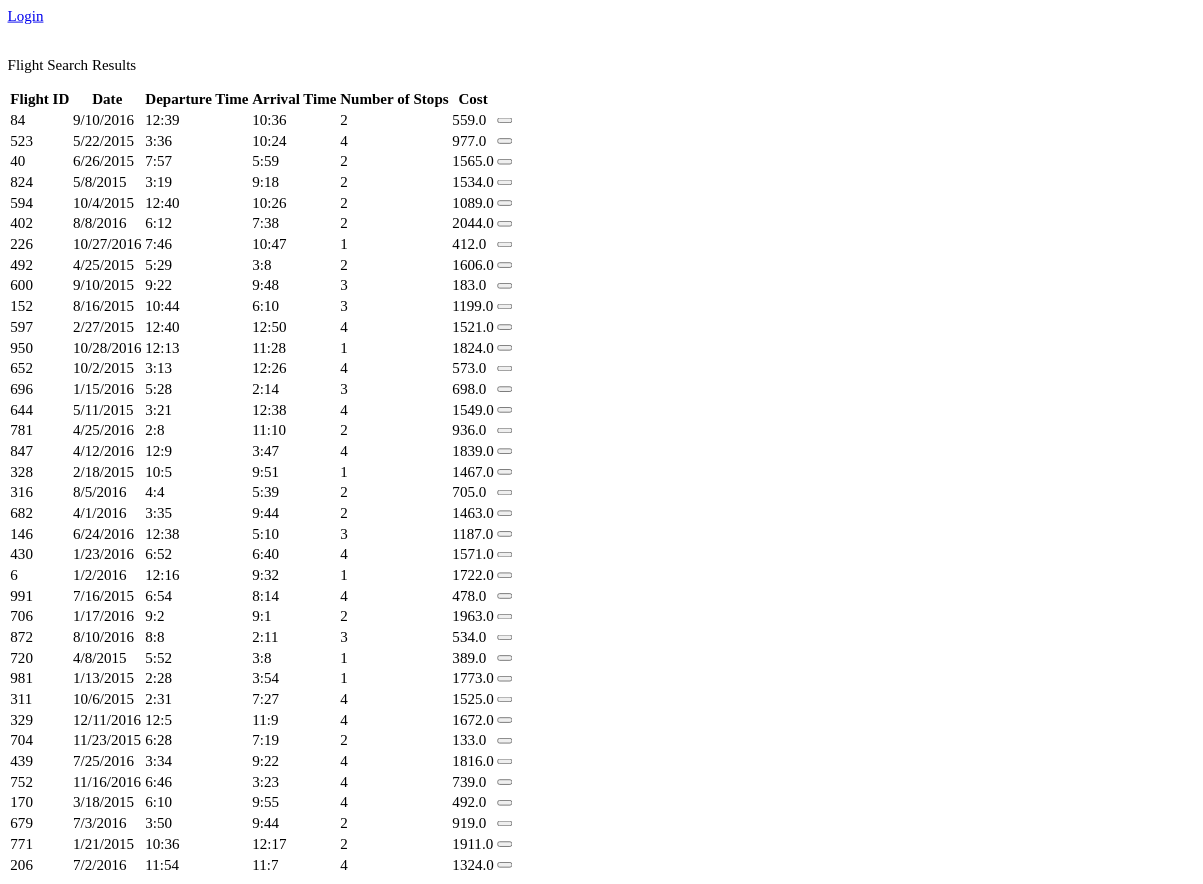
Repository: jliu9000/CSE-464---Flight-Pages
Page: http://localhost/HW1/FlightSearchResults.jsp
These files come from the project's save history. The page is drawn as it stood at one moment and after the next save; the edit follows.
The browser window is 1280 px wide. The pictures show the whole page, at 94% of full size.
The page is served by Tomcat 9.

Above is the page before, as saved 2014-09-21 06:21:29.

After the next save:
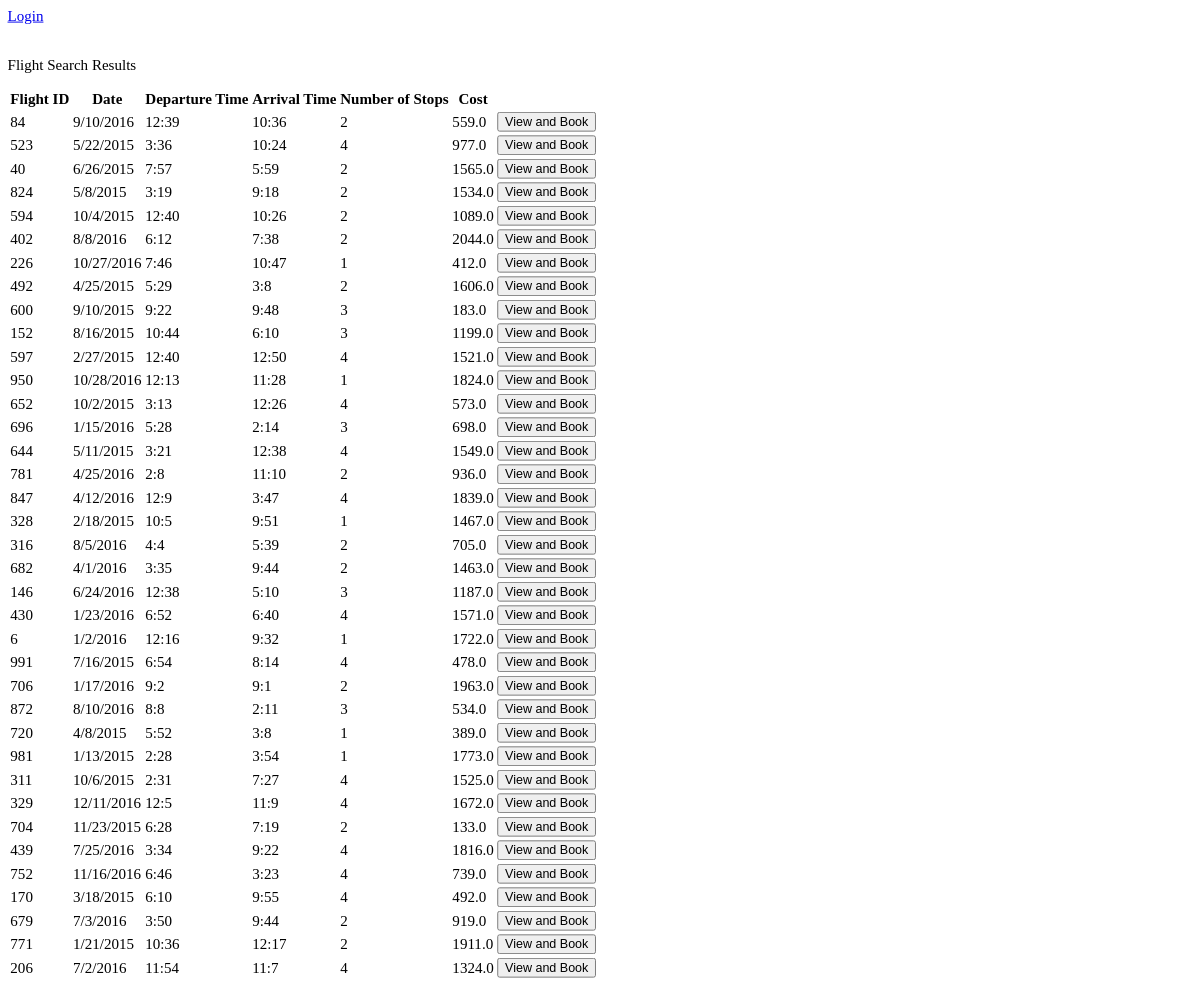
Saved 22 s later.
--- a/HW1/WebContent/FlightSearchResults.jsp
+++ b/HW1/WebContent/FlightSearchResults.jsp
@@ -46,7 +46,7 @@
 		<tr>
 		<%=records.toHTMLTableRow(i) %>
 			<td>
-				<a href="ViewAndBook.jsp"><button value="View and Book"></a>
+				<a href="ViewAndBook.jsp"><button>View and Book</button></a>
 			</td>
 		</tr>
 		<%} %>
